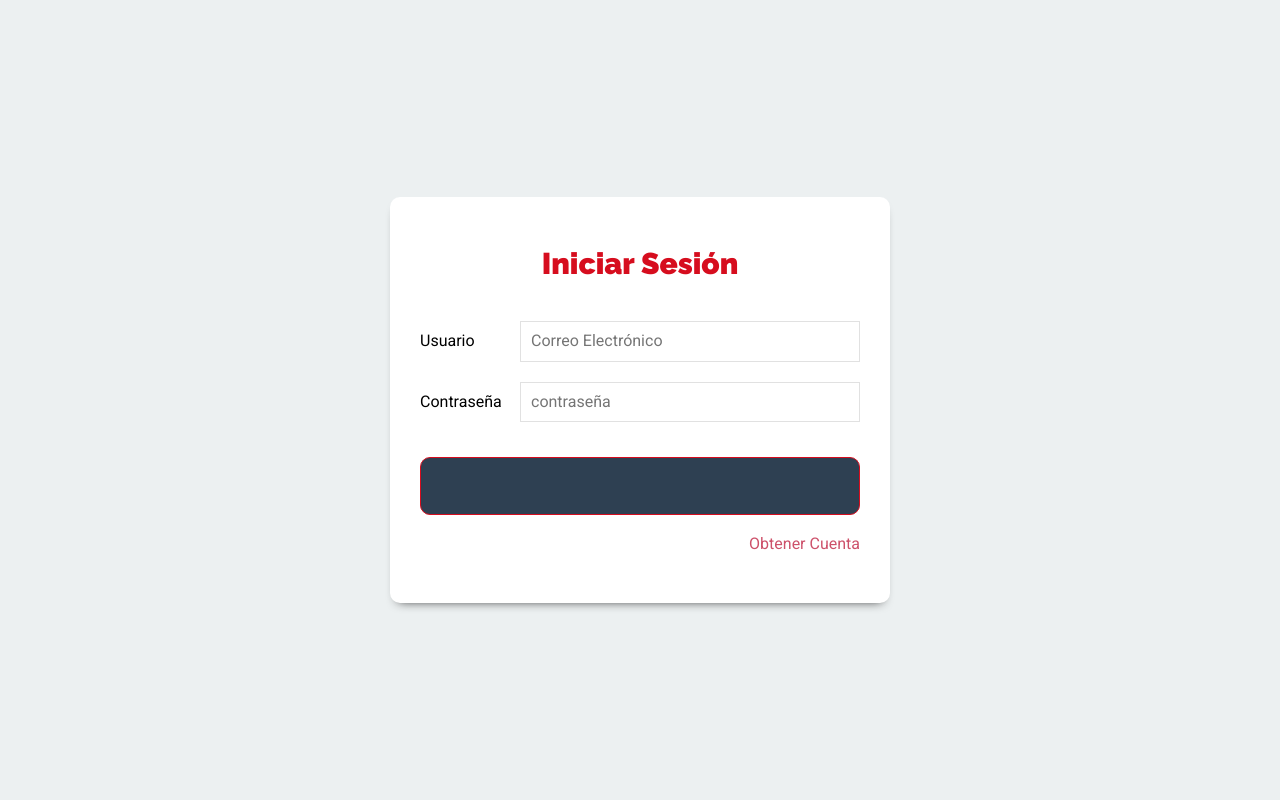
Repository: andrescovarrubias/admin-proyectos
Page: / (app in cliente/)
The author's editor kept a copy of each file at every save. The page is drawn from the files as they stood at one save, then again after the next save.
The browser window is 1280 px wide. The pictures show the whole page.
The pointer rests on the first visible `.btn-primario`.
The project was rebuilt for these pictures with package versions that can differ from the ones it lists, and the page was loaded fresh each time. Also part of the build but not shown: cliente/src/components/auth/NuevaCuenta.jsx, cliente/src/components/proyectos/NuevoProyecto.jsx, cliente/src/components/layout/SideBar.jsx, cliente/src/components/proyectos/Proyectos.jsx.

Above is the page before, as saved 2020-10-31 17:36:57.

After the next save:
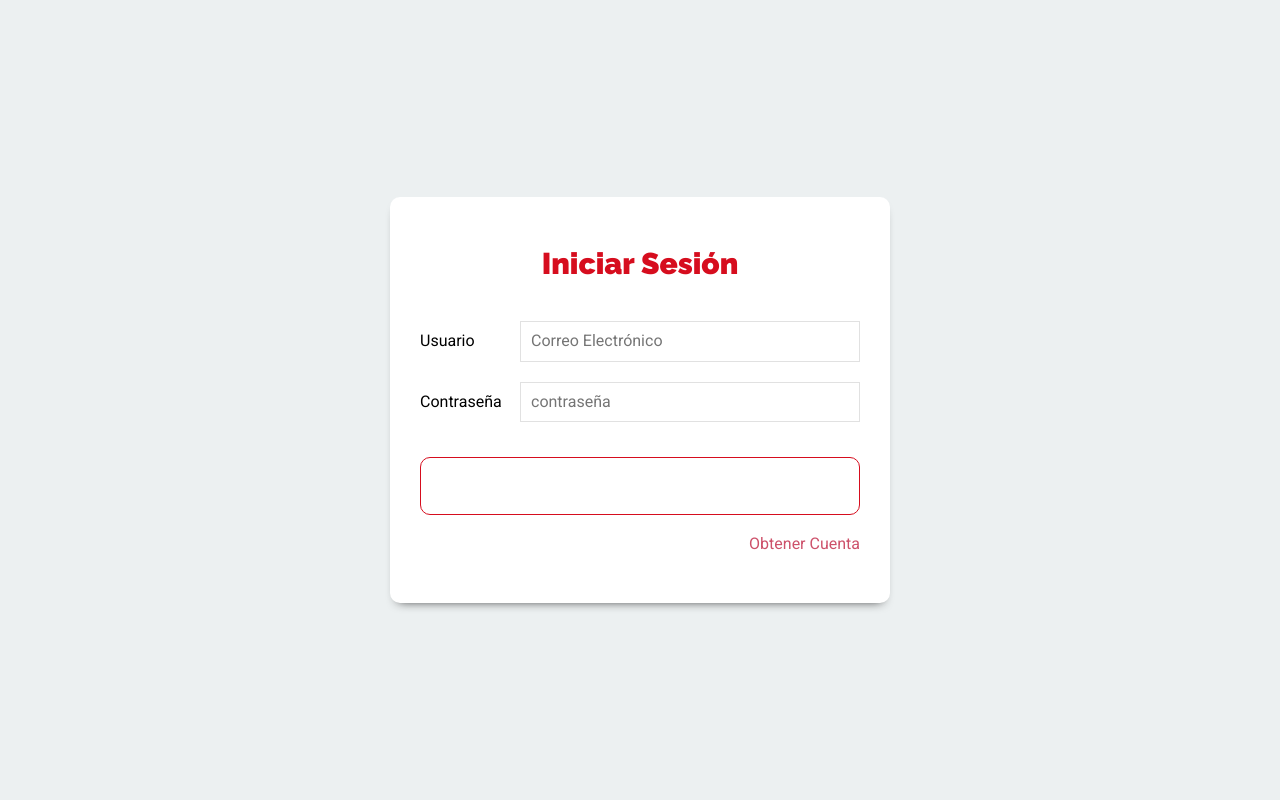
Saved 10 s later.
--- a/cliente/src/index.css
+++ b/cliente/src/index.css
@@ -77,7 +77,7 @@ a {
   color: #0000;
 }
 .btn-primario:hover {
-  background: var(--azul3);
+  /* background: var(--azul3); */
 }
 .btn-secundario {
   background-color: var(--rojo2);
